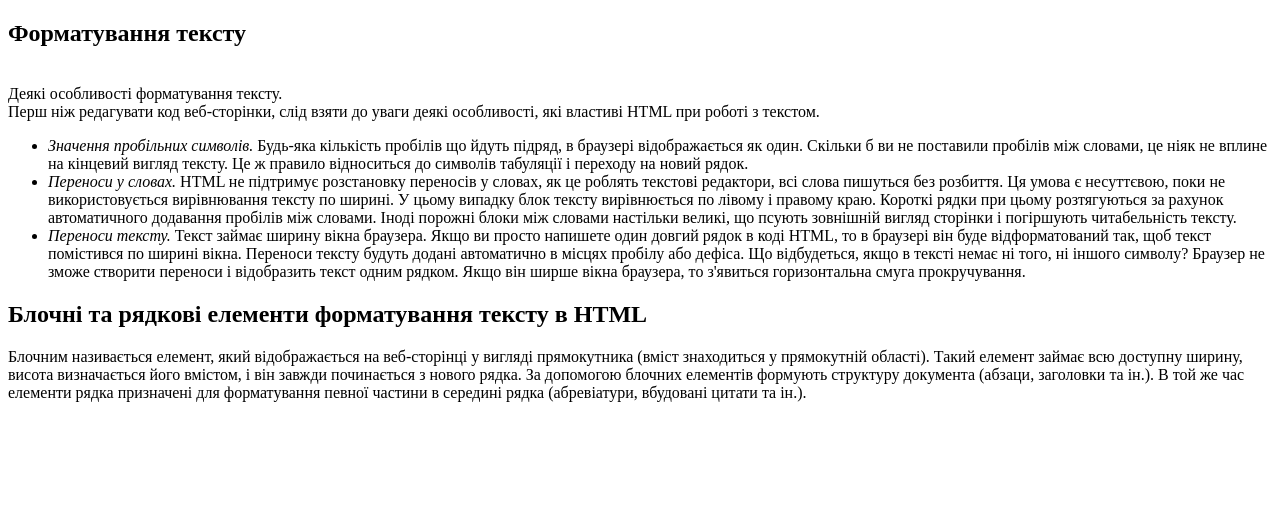
Repository: KseniaMakara/Web
Page: Web/directory.html
These files come from the project's save history. The page is drawn as it stood at one moment and after the next save; the edit follows.
The browser window is 1280 px wide. The pictures show the whole page.

Above is the page before, as saved 2021-02-15 16:25:33.

### Web/directory.html

    <!doctype HTML>
    <html>
        <head>
           <title>First HTML</title>
        </head>
    <body>
        <h2>Форматування тексту </h2>
        <br>Деякі особливості форматування тексту.</br>
        Перш ніж редагувати код веб-сторінки, слід взяти до уваги деякі
        особливості, які властиві HTML при роботі з текстом.
        <ul>
        <li><dfn>Значення пробільних символів.</dfn> Будь-яка кількість пробілів що йдуть
        підряд, в браузері відображається як один. Скільки б ви не поставили пробілів
        між словами, це ніяк не вплине на кінцевий вигляд тексту. Це ж правило
        відноситься до символів табуляції і переходу на новий рядок.</li>
        <li><dfn>Переноси у словах.</dfn> HTML не підтримує розстановку переносів у
        словах, як це роблять текстові редактори, всі слова пишуться без розбиття. Ця
        умова є несуттєвою, поки не використовується вирівнювання тексту по ширині.
        У цьому випадку блок тексту вирівнюється по лівому і правому краю. Короткі
        рядки при цьому розтягуються за рахунок автоматичного додавання пробілів між
        словами. Іноді порожні блоки між словами настільки великі, що псують
        зовнішній вигляд сторінки і погіршують читабельність тексту.</li>
        <li><dfn>Переноси тексту. </dfn> Текст займає ширину вікна браузера. Якщо ви
        просто напишете один довгий рядок в коді HTML, то в браузері він буде
        відформатований так, щоб текст помістився по ширині вікна. Переноси тексту
        будуть додані автоматично в місцях пробілу або дефіса. Що відбудеться, якщо в
        тексті немає ні того, ні іншого символу? Браузер не зможе створити переноси і
        відобразить текст одним рядком. Якщо він ширше вікна браузера, то з'явиться
        горизонтальна смуга прокручування.</li>
        </ul>
        <h2><strong>Блочні та рядкові елементи форматування тексту в HTML</strong></h2>
        Блочним називається елемент, який відображається на веб-сторінці у вигляді
        прямокутника (вміст знаходиться у прямокутній області). Такий елемент займає
        всю доступну ширину, висота визначається його вмістом, і він завжди
        починається з нового рядка. За допомогою блочних елементів формують
        структуру документа (абзаци, заголовки та ін.). В той же час елементи рядка
        призначені для форматування певної частини в середині рядка (абревіатури,
        вбудовані цитати та ін.).





</body>
    </html>

After the next save:
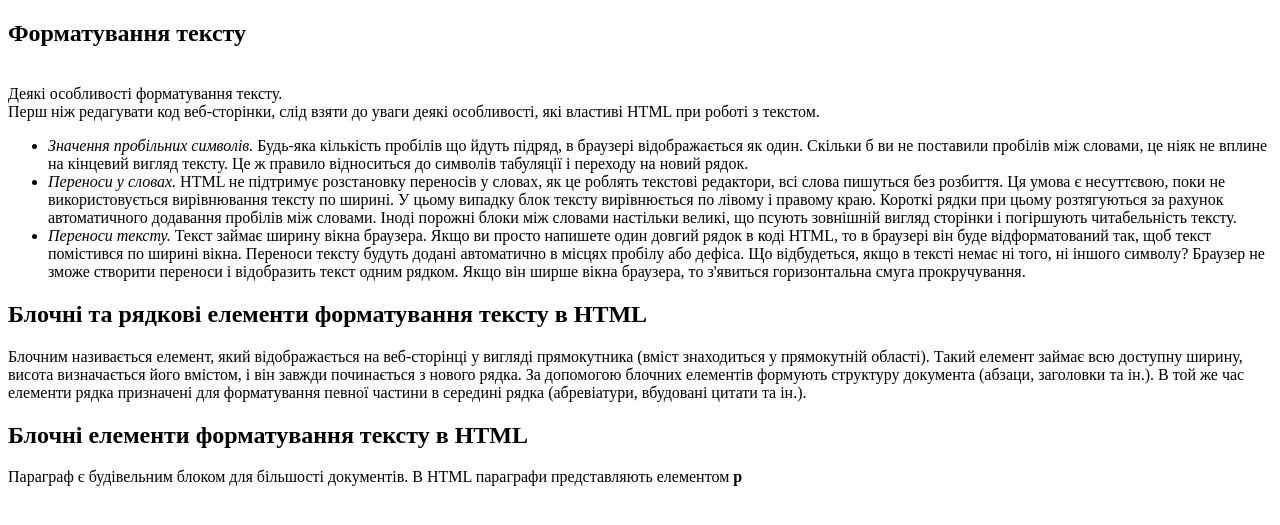
Saved 93 s later.
--- a/Web/directory.html
+++ b/Web/directory.html
@@ -37,6 +37,10 @@
         структуру документа (абзаци, заголовки та ін.). В той же час елементи рядка
         призначені для форматування певної частини в середині рядка (абревіатури,
         вбудовані цитати та ін.).
+        <h2>Блочні елементи форматування тексту в HTML</h2>
+        Параграф є будівельним блоком для більшості документів. В HTML
+        параграфи представляють елементом <strong>p</strong>
+
 
 
 
